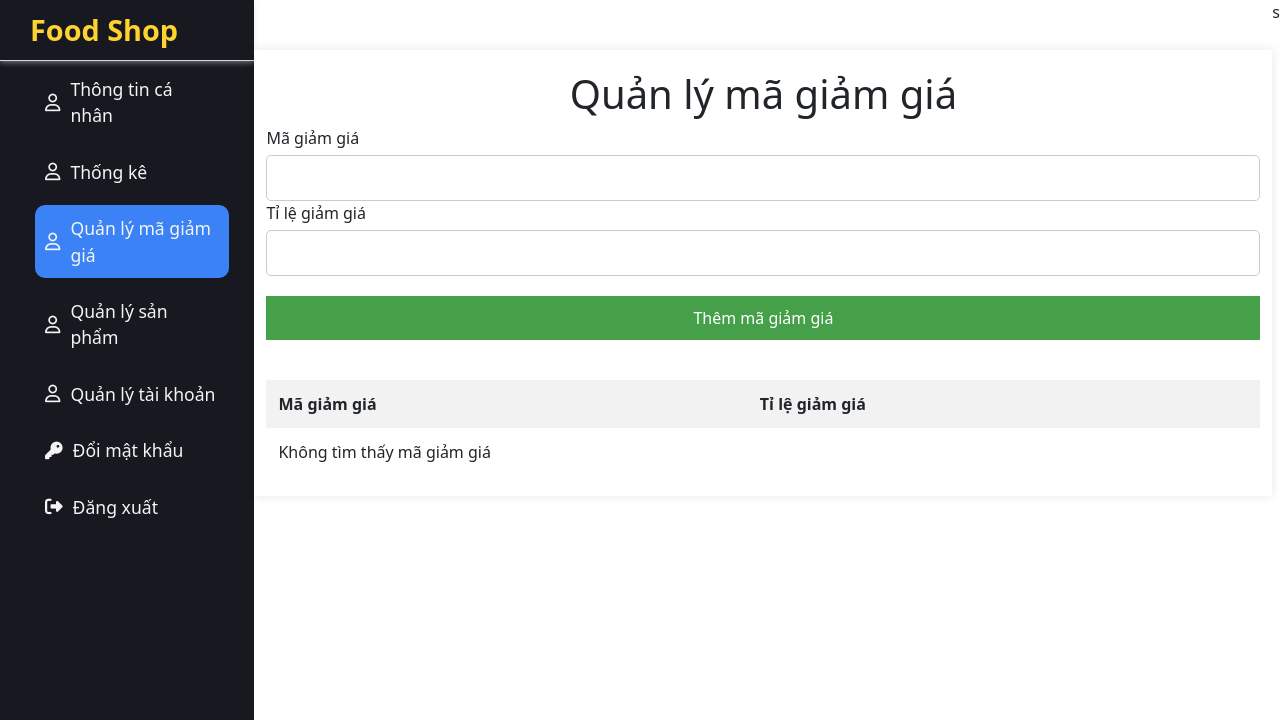
Repository: TuanAnhNguyen723/Restaurant-Projects
Page: http://localhost/discount/discount.php
The author's editor kept a copy of each file at every save. The page is drawn from the files as they stood at one save, then again after the next save.
The browser window is 1280 px wide. The page is 1280 px wide, then 1285 px, so the pictures cover 1285 px, including what lies to the right of the window. The pictures show the whole page.
The pointer rests on the first visible `button`.
The page is run by PHP 8.4 with error messages shown; the project is at /var/www/html/. Queries for data that is not in the repository find no rows.

Above is the page before, as saved 2024-06-18 20:05:33.

After the next save:
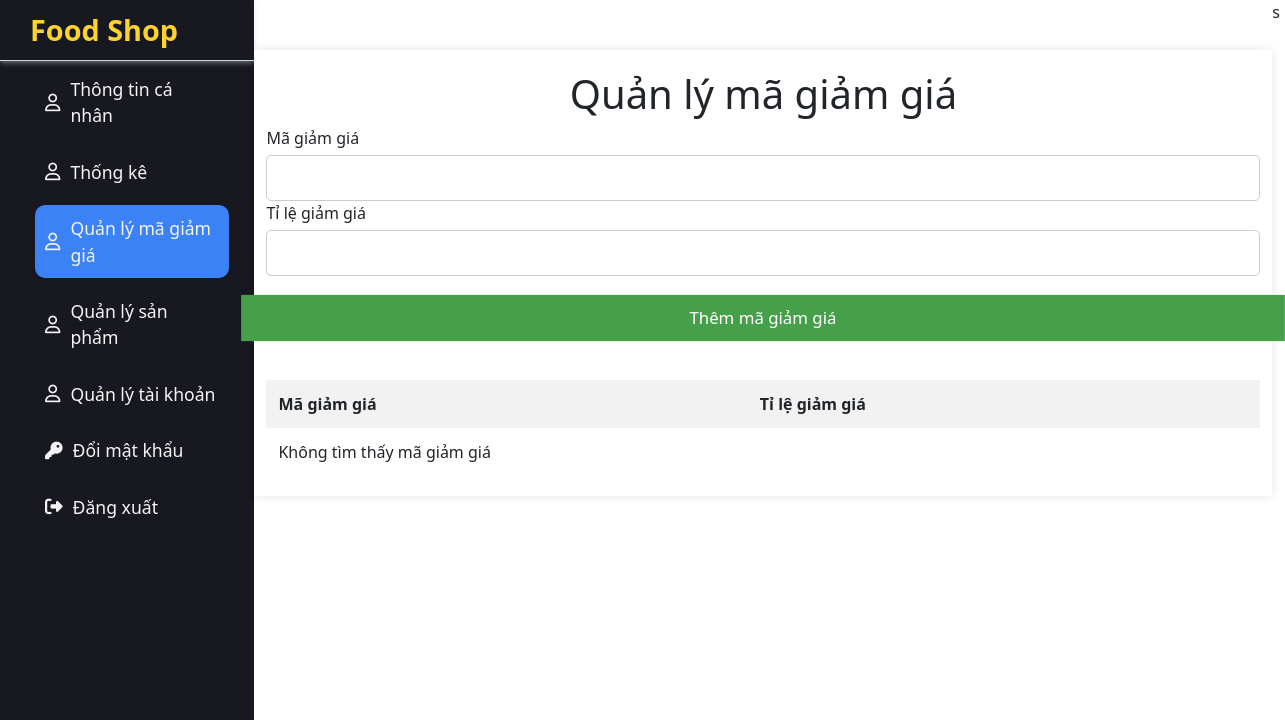
Saved 15 s later.
--- a/discount/discount.css
+++ b/discount/discount.css
@@ -180,7 +180,8 @@ button {
 }
 
 button:hover {
-  background-color: #45a049;
+  background-color: #45a049; /* Màu nền khi di chuột */
+  transform: scale(1.05); /* Hiệu ứng phóng to khi di chuột */
 }
 
 .table-container {
